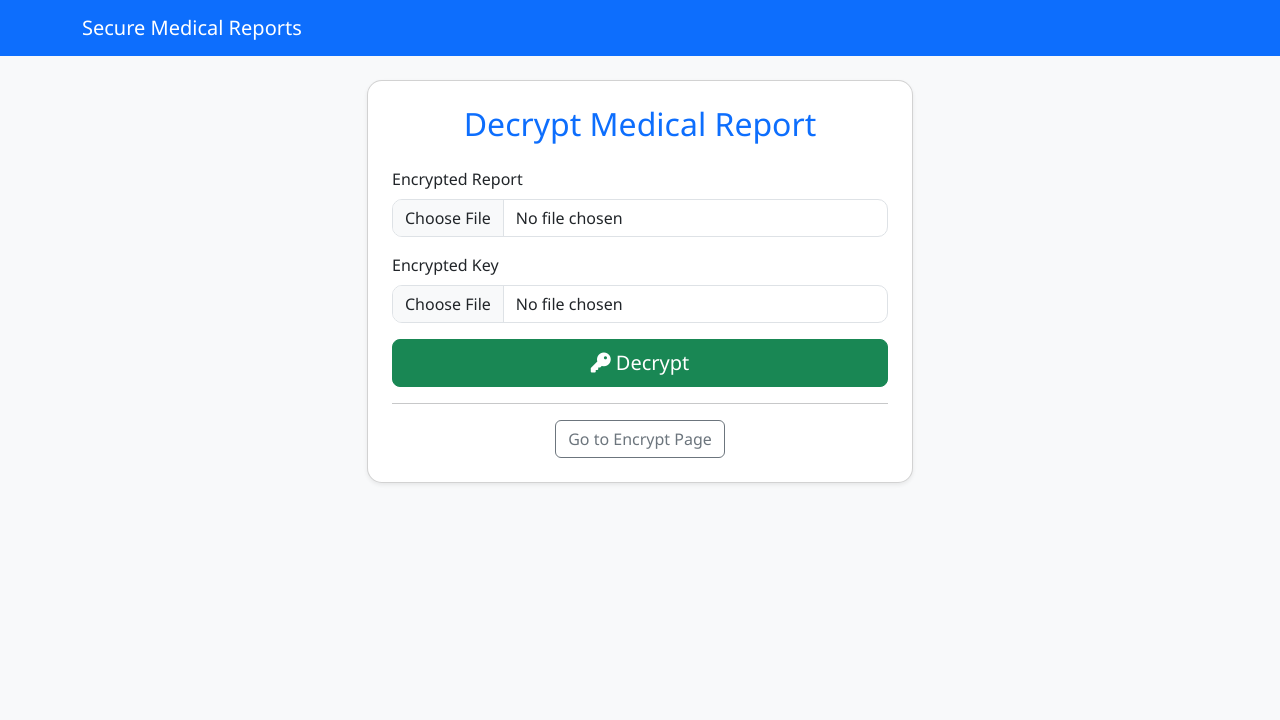
Repository: AntonyJohny/Cryptography-Projects-2025-7A
Page: http://localhost/decrypt
An editor plug-in stored every save of this project. The page is shown before and after the next save, followed by the edit.
The browser window is 1280 px wide. The pictures show the whole page.
The page is served by the project's application, run on Flask 3 (app.py).

Above is the page before, as saved 2025-08-29 18:22:42.

After the next save:
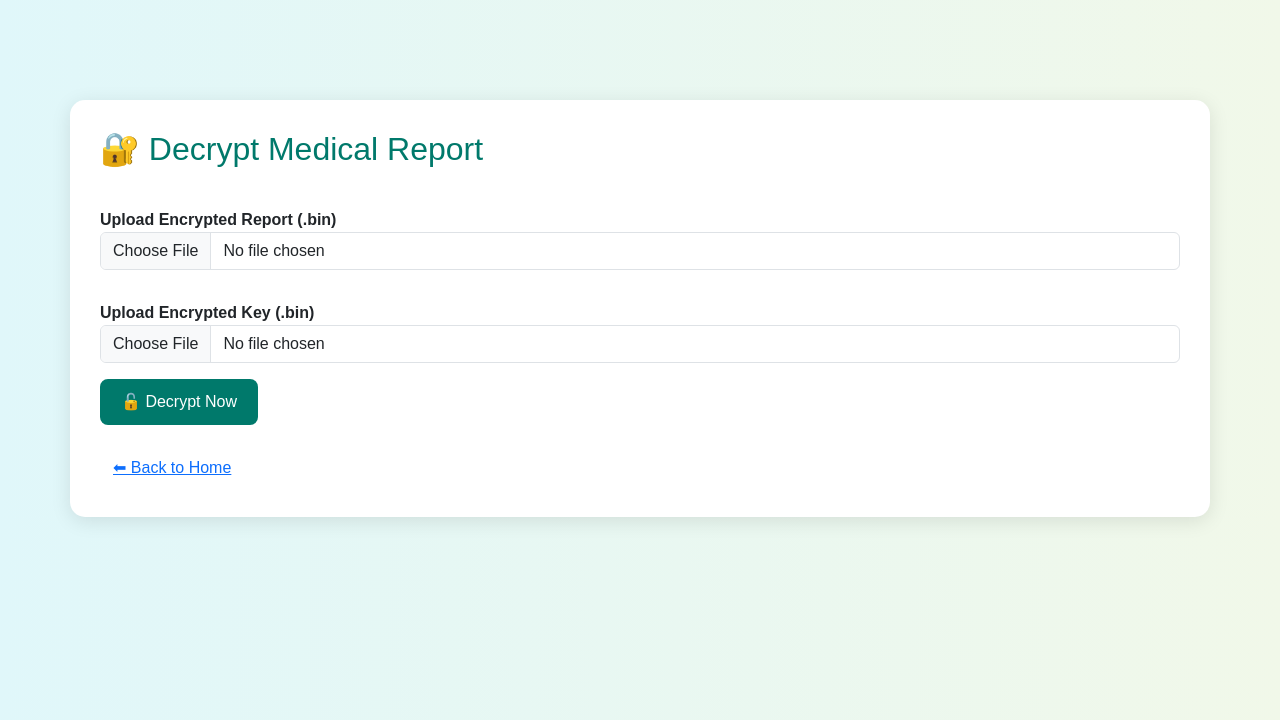
Saved 2 min 21 s later.
--- a/Secure Medical Reports sharing Using Vigenere and RSA algorithm -1OX22XS030 - 1OX22CS001 - 1OX22CS038/CNS/templates/decrypt.html
+++ b/Secure Medical Reports sharing Using Vigenere and RSA algorithm -1OX22XS030 - 1OX22CS001 - 1OX22CS038/CNS/templates/decrypt.html
@@ -1,68 +1,56 @@
-{% extends "base.html" %}
-
-{% block title %}Decrypt Medical Report{% endblock %}
-
-{% block content %}
-<div class="row justify-content-center">
-    <div class="col-md-6">
-        <div class="card shadow-sm p-4 mb-5">
-            <h2 class="text-center mb-4">Decrypt Medical Report</h2>
-
-            <form id="decryptForm" method="POST" enctype="multipart/form-data">
-                <div class="mb-3">
-                    <label class="form-label">Encrypted Report</label>
-                    <input type="file" class="form-control" name="enc_file" id="encFile" required>
-                </div>
-                <div class="mb-3">
-                    <label class="form-label">Encrypted Key</label>
-                    <input type="file" class="form-control" name="enc_key_file" id="encKeyFile" required>
-                </div>
-                <div class="d-grid">
-                    <button class="btn btn-success btn-lg" type="submit">
-                        <i class="fa-solid fa-key"></i> Decrypt
-                    </button>
-                </div>
-            </form>
-
-            <hr>
-            <div class="text-center">
-                <a href="/" class="btn btn-outline-secondary">Go to Encrypt Page</a>
+<!DOCTYPE html>
+<html lang="en">
+<head>
+    <meta charset="UTF-8">
+    <title>Decrypt Medical Report</title>
+    <link rel="stylesheet" href="https://cdn.jsdelivr.net/npm/bootstrap@5.3.0/dist/css/bootstrap.min.css">
+    <style>
+        body {
+            background: linear-gradient(to right, #e0f7fa, #f1f8e9);
+            font-family: Arial, sans-serif;
+        }
+        .container {
+            margin-top: 100px;
+            padding: 30px;
+            background: white;
+            border-radius: 15px;
+            box-shadow: 0 4px 20px rgba(0,0,0,0.1);
+        }
+        h2 {
+            color: #00796b;
+            margin-bottom: 25px;
+        }
+        label {
+            font-weight: bold;
+            margin-top: 15px;
+        }
+        .btn-custom {
+            background: #00796b;
+            color: white;
+            border-radius: 8px;
+            padding: 10px 20px;
+        }
+        .btn-custom:hover {
+            background: #004d40;
+        }
+    </style>
+</head>
+<body>
+    <div class="container">
+        <h2>🔐 Decrypt Medical Report</h2>
+        <form method="POST" enctype="multipart/form-data">
+            <div class="mb-3">
+                <label for="enc_file">Upload Encrypted Report (.bin)</label>
+                <input type="file" class="form-control" id="enc_file" name="enc_file" required>
             </div>
-        </div>
+            <div class="mb-3">
+                <label for="enc_key_file">Upload Encrypted Key (.bin)</label>
+                <input type="file" class="form-control" id="enc_key_file" name="enc_key_file" required>
+            </div>
+            <button type="submit" class="btn btn-custom">🔓 Decrypt Now</button>
+        </form>
+        <br>
+        <a href="/" class="btn btn-link">⬅ Back to Home</a>
     </div>
-</div>
-{% endblock %}
-
-{% block scripts %}
-<script>
-const encFile = document.getElementById('encFile');
-const encKeyFile = document.getElementById('encKeyFile');
-
-function showFileAlert(fileInput, message){
-    fileInput.addEventListener('change', () => {
-        if(fileInput.files.length > 0){
-            Swal.fire({
-                icon: 'info',
-                title: 'File Selected!',
-                text: `${fileInput.files[0].name} ready for decryption`,
-                timer: 2000,
-                showConfirmButton: false
-            });
-        }
-    });
-}
-
-showFileAlert(encFile, 'Encrypted Report selected');
-showFileAlert(encKeyFile, 'Encrypted Key selected');
-
-const form = document.getElementById('decryptForm');
-form.addEventListener('submit', (e) => {
-    Swal.fire({
-        title: 'Decrypting...',
-        text: 'Please wait while your medical report is being decrypted.',
-        allowOutsideClick: false,
-        didOpen: () => Swal.showLoading()
-    });
-});
-</script>
-{% endblock %}
+</body>
+</html>
